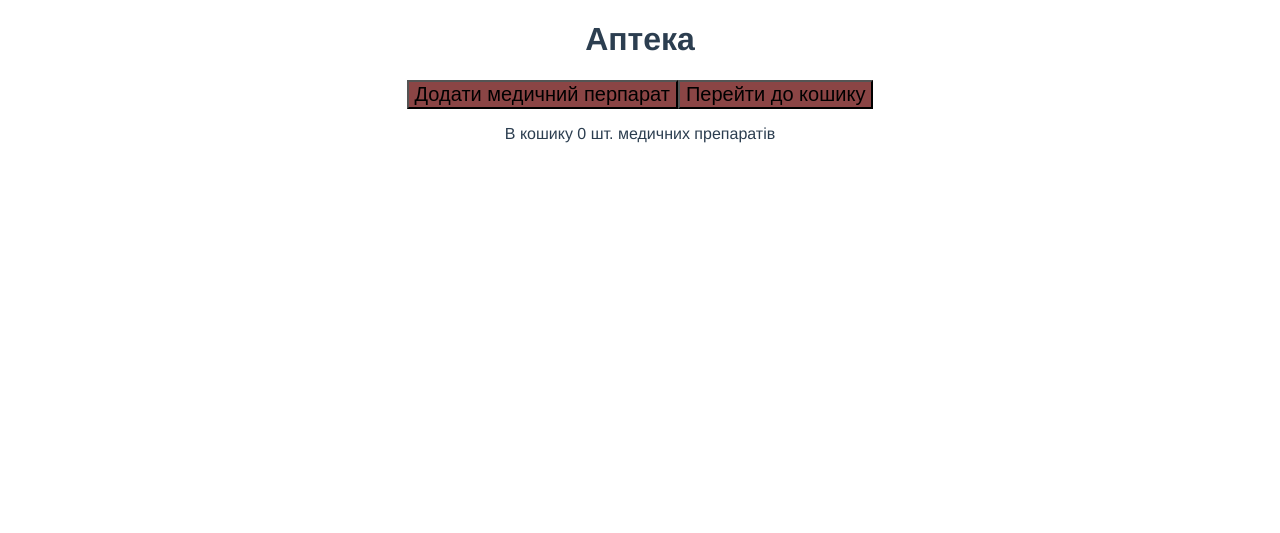
Repository: kristinap8/pharmacy
Page: /
An editor plug-in stored every save of this project. The page is shown before and after the next save, followed by the edit.
The browser window is 1280 px wide. The pictures show the whole page.
The project was rebuilt for these pictures with package versions that can differ from the ones it lists, and the page was loaded fresh each time. Also part of the build but not shown: src/components/AddMedicineForm/index.vue, src/pages/AddMedicine/index.vue, src/components/EditMedicineForm/index.vue, src/pages/EditMedicine/index.vue, src/components/CartForm/index.vue, src/pages/Cart/index.vue.

Above is the page before, as saved 2020-12-10 11:16:14.

After the next save:
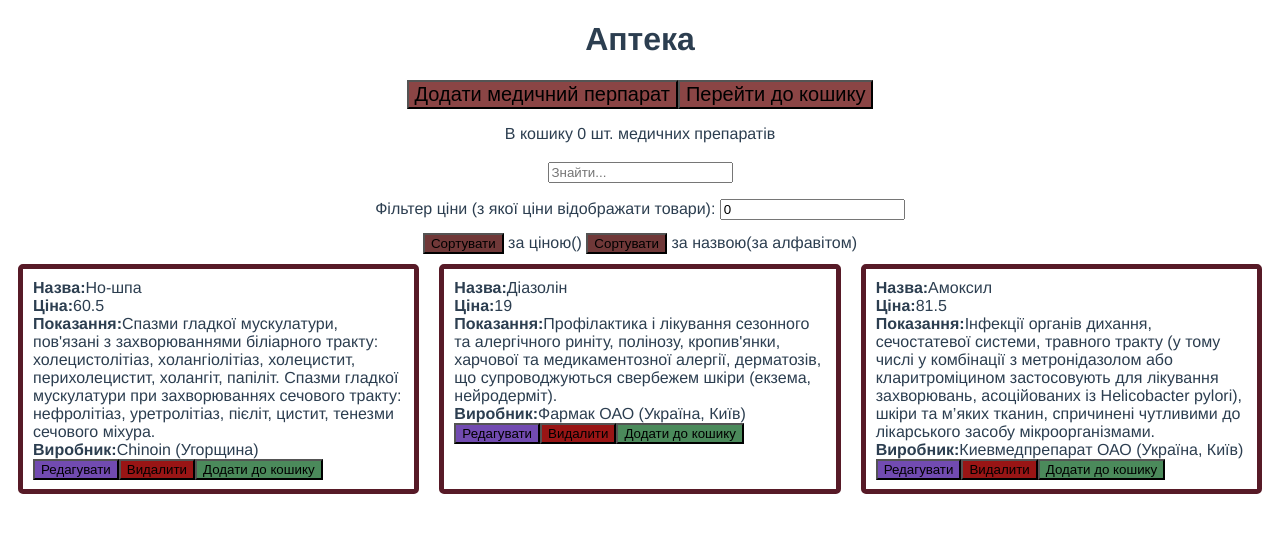
Saved 49 s later.
--- a/src/components/MedicinesList/index.vue
+++ b/src/components/MedicinesList/index.vue
@@ -39,7 +39,7 @@ import MedicineCard from "./MedicineCard"
                 search:"",
                 price:0,
                 sortByPriceDir:["за зростанням","за спаданням"],
-                chosenDir:sortByPriceDir[0],
+                chosenDir:'',
                 sortByNameDir:"за алфавітом"
             }
         },
